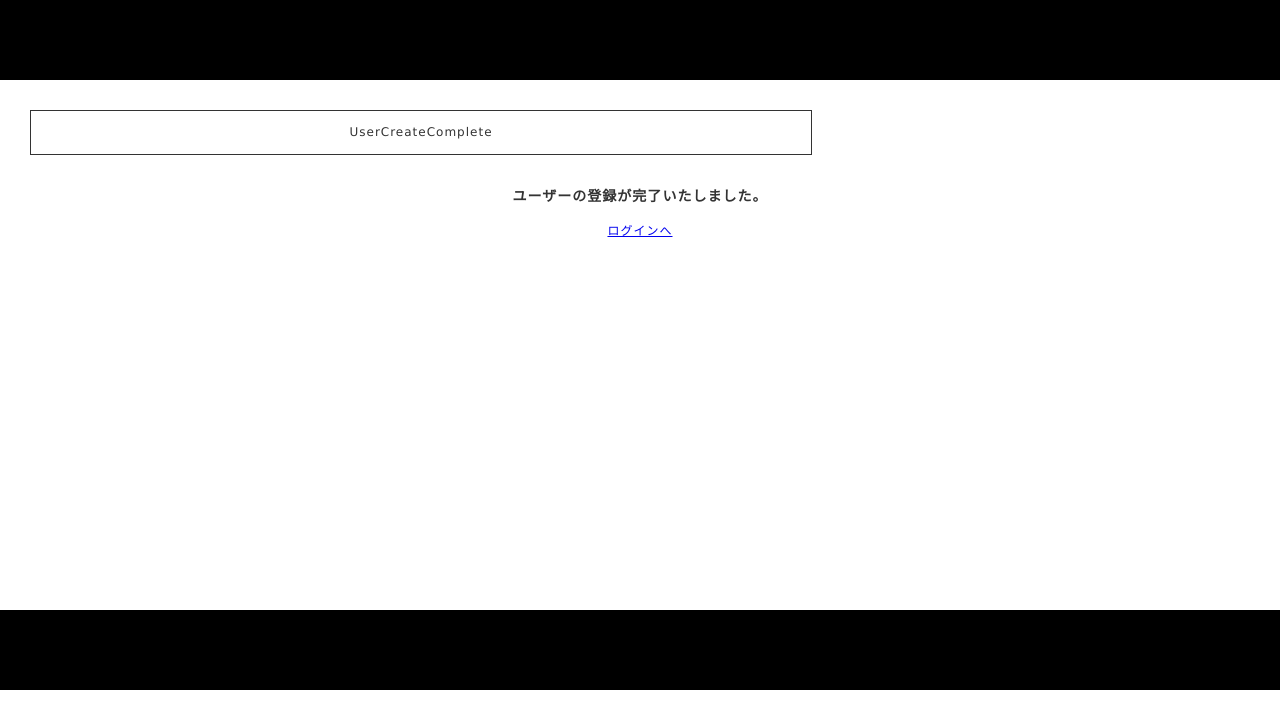
Repository: Eri-Naka/test
Page: http://localhost/template/userCreateComplete.jsp
An editor plug-in stored every save of this project. The page is shown before and after the next save, followed by the edit.
The browser window is 1280 px wide. The pictures show the whole page.
The page is served by Tomcat 9. Other server files are loaded and not shown.

Above is the page before, as saved 2018-06-21 04:41:04.

### template/WebContent/userCreateComplete.jsp
<%@ page language="java" contentType="text/html; charset=UTF-8"
    pageEncoding="UTF-8"%>  <%@ taglib prefix="s" uri="/struts-tags"%>
<!DOCTYPE html PUBLIC "-//W3C//DTD HTML 4.01 Transitional//EN" "http://www.w3.org/TR/html4/loose.dtd">
<html>
<head>
<meta http-equiv="Content-Type" content="text/html; charset=utf-8" />
<meta http-equiv="Content-Style-Type" content="text/css" />
<meta http-equiv="Content-Script-Type" content="text/javascript" />
<meta http-equiv="imagetoolbar" content="no" />
<meta name="description" content="" />
<meta name="keywords" content="" />
<title>UserCreateComplete画面</title>

<style type="text/css">

body{
margin: 0;
padding: 0;
line-height: 1.6;
letter-spacing: 1px;
font-family: Verdana,Helvetica,sana-serif;
font-size: 12px;
color: #333;
background: #fff;
}

table{
text-align: center;
margin: 0 auto;
}

#top{
width: 780px;
margin: 30px; auto;
border: 1px solid #333;
}

#header{
width: 100%;
height: 80px;
background-color: black;
}

#main{
width: 100%;
height: 500px;
text-align: center;
}

#footer{
width: 100%;
height: 80px;
background-color: black;
clear: both;
}

</style>

</head>
<body>


<div id="header">
<div id ="pr">
</div>
</div>
<div id="main">
<div id="top">
<p>UserCreateComplete</p>
</div>
<div>

<h3>ユーザーの登録が完了いたしました。</h3>
<div>
<a href='<s:url action="HomeAction"/>'>ログインへ</a>
</div>
</div>
</div>

<div id="footer">
<div id="pr">
</div>
</div>
</body>
</html>

After the next save:
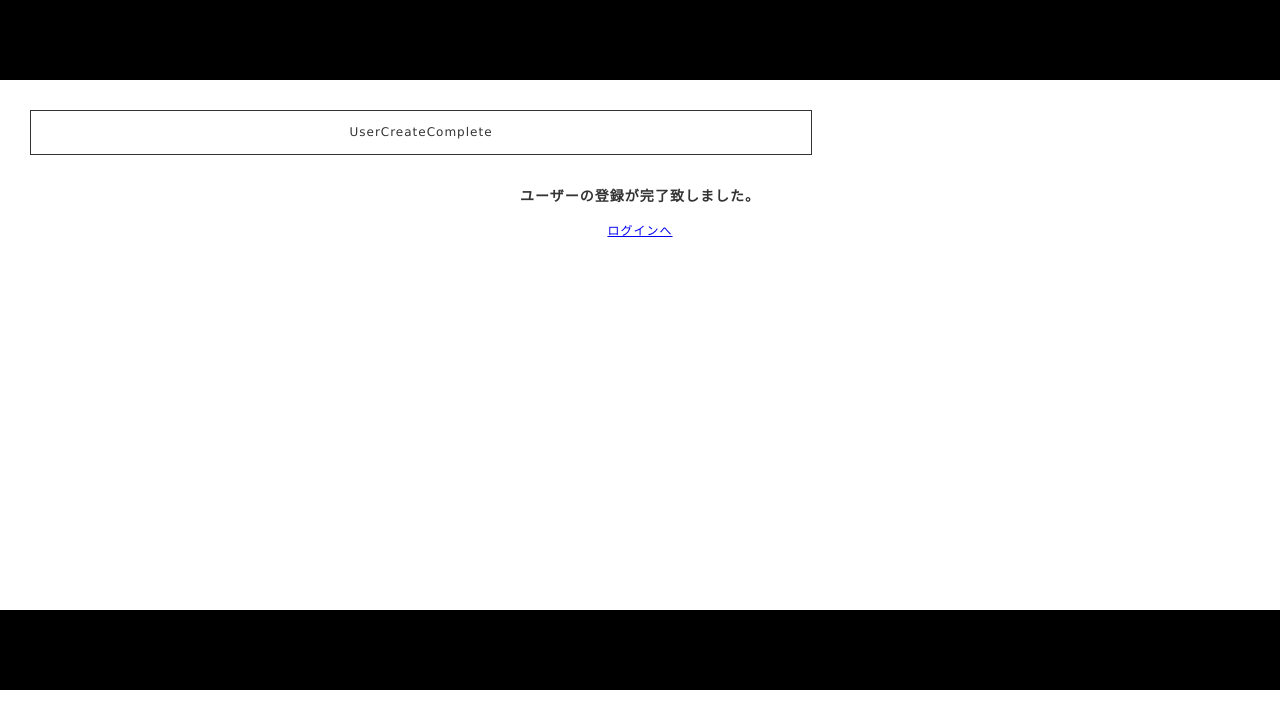
Saved 80 s later.
--- a/template/WebContent/userCreateComplete.jsp
+++ b/template/WebContent/userCreateComplete.jsp
@@ -18,7 +18,7 @@
 padding: 0;
 line-height: 1.6;
 letter-spacing: 1px;
-font-family: Verdana,Helvetica,sana-serif;
+font-family: Verdana,Helvetica,sans-serif;
 font-size: 12px;
 color: #333;
 background: #fff;
@@ -70,7 +70,7 @@
 </div>
 <div>
 
-<h3>ユーザーの登録が完了いたしました。</h3>
+<h3>ユーザーの登録が完了致しました。</h3>
 <div>
 <a href='<s:url action="HomeAction"/>'>ログインへ</a>
 </div>
